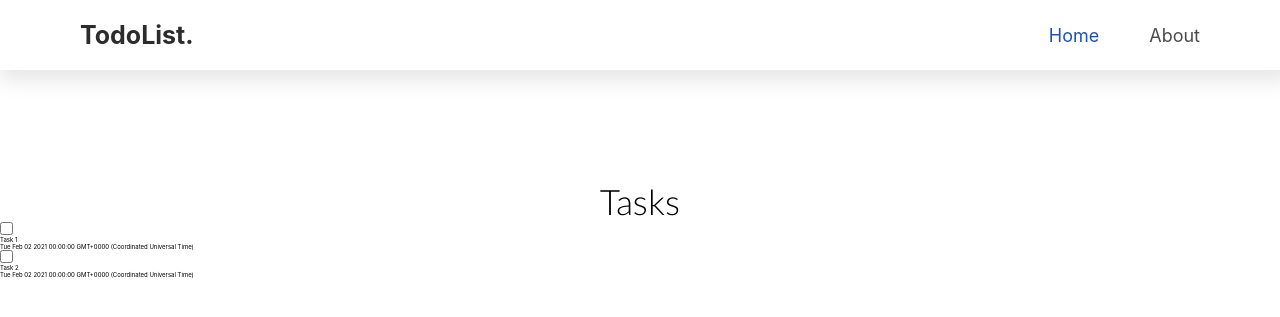
Repository: dqhuy153/react-todoList
Page: /
An editor plug-in stored every save of this project. The page is shown before and after the next save, followed by the edit.
The browser window is 1280 px wide. The pictures show the whole page.
The project was rebuilt for these pictures with package versions that can differ from the ones it lists, and the page was loaded fresh each time. Also part of the build but not shown: src/components/UI/LoadingSpinner.module.scss, src/components/todos/TodoItem.module.scss, src/components/todos/TodoList.module.scss.

Above is the page before, as saved 2021-09-16 20:21:12.

After the next save:
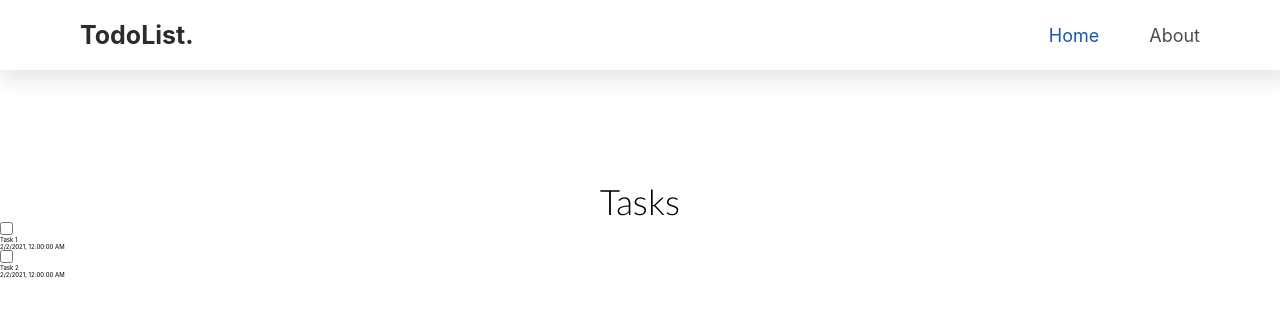
Saved 2 min 29 s later.
--- a/src/components/todos/TodoItem.js
+++ b/src/components/todos/TodoItem.js
@@ -21,7 +21,7 @@ export default function TodoItem({
     <div className={styles.container}>
       <input type="checkbox" checked={checked} onChange={handleChange} />
       <p>{title}</p>
-      <p>{date.toString()}</p>
+      <p>{date.toLocaleString()}</p>
     </div>
   );
 }
